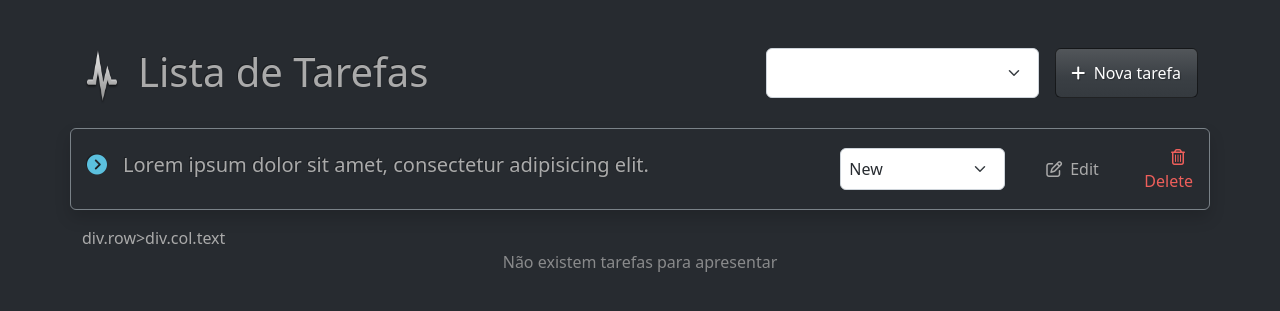
Repository: cargugati/lista_tarefas
Page: frontEnd/index.html
The author's editor kept a copy of each file at every save. The page is drawn from the files as they stood at one save, then again after a run of saves.
The browser window is 1280 px wide. The pictures show the whole page.

Above is the page before, as saved 2023-03-18 23:07:46.

### frontEnd/index.html
<!DOCTYPE html>
<html lang="pt-br">

<head>
  <meta charset="UTF-8">
  <meta http-equiv="X-UA-Compatible" content="IE=edge">
  <meta name="viewport" content="width=device-width, initial-scale=1.0">
  <title>Lista de Tarefas</title>
  <link rel="stylesheet" href="./assets/css/bootstrap.min.css">
  <link rel="stylesheet" href="./assets/fontawesome/css/all.min.css">
  <link rel="shortcut icon" href="./assets/images/favicon.png" type="image/png">
</head>

<body>
  <div class="container my-5">

    <!-- cabeçalho -->
    <div class="row mb-4">
      <div class="col">
        <div class="d-flex justify-content-start">
          <img src="./assets/images/favicon.png" alt="Logo" class="img-fluid me-3" width="40px">
          <h1>Lista de Tarefas</h1>
        </div>

      </div>
      <div class="col text-end">
        <div class="d-flex justify-content-end">
          <select id="select_filter" class="form-select w-50 p-2 me-3">
            <option value=""></option>
            <option value="1">filtro 1</option>
          </select>
          <a href="new_task.html" class="btn btn-primary"><i class="fa-solid fa-plus me-2"></i>Nova tarefa</a>
        </div>
      </div>
    </div>

    <!-- aspecto visual de uma tarefa -->
    <div class="row mb-3">
      <div class="col-12 border border-secondary rounded p-3 shadow">
        <div class="row align-items-center">
          <div class="col-8">
            <div class="d-flex align-items-center">
              <h5 class="me-3 text-info"> <i class="fa-solid fa-circle-chevron-right"></i> </h5>
              <h5>Lorem ipsum dolor sit amet, consectetur adipisicing elit.</h5>
            </div>
          </div>
          <div class="col-2">
            <select id="task_status" class="form-select p-2">
              <option value="new">New</option>
              <option value="in progress">In progress</option>
              <option value="canceled">Canceled</option>
              <option value="done">Done</option>
            </select>
          </div>
          <div class="col-1 text-end"><i class="fa-regular fa-pen-to-square me-2"></i>Edit</div>
          <div class="col-1 text-end text-danger"><i class="fa-regular fa-trash-can me-2"></i>Delete</div>
        </div>
      </div>
    </div>

    <!-- total tarefas -->
    div.row>div.col.text

    <!-- sem tarefa -->
    <div class="row " id="no_tasks">
      <div class="col text-center">
        <span class="opacity-75">Não existem tarefas para apresentar</span>
      </div>
    </div>
  </div>


  <script src="./assets/js/bootstrap.bundle.min.js"></script>
</body>

</html>

Loaded but not shown: frontEnd/assets/css/bootstrap.min.css (library); frontEnd/assets/fontawesome/css/all.min.css (library); frontEnd/assets/js/bootstrap.bundle.min.js (library)

After the next 3 saves:
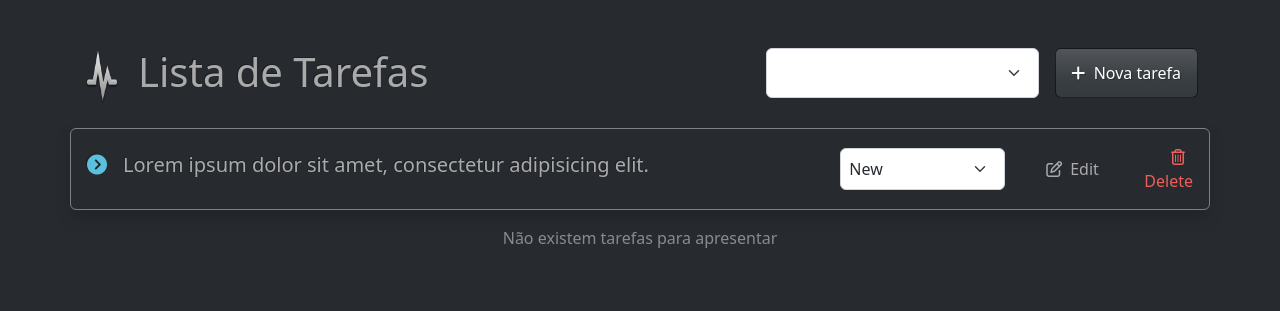
The 3 saves are shown as one change because they came seconds apart.
The last was saved 16 s later.
--- a/frontEnd/index.html
+++ b/frontEnd/index.html
@@ -59,7 +59,10 @@
     </div>
 
     <!-- total tarefas -->
-    div.row>div.col.text
+    <div class="row">
+      <div class="col">
+      </div>
+    </div>
 
     <!-- sem tarefa -->
     <div class="row " id="no_tasks">
